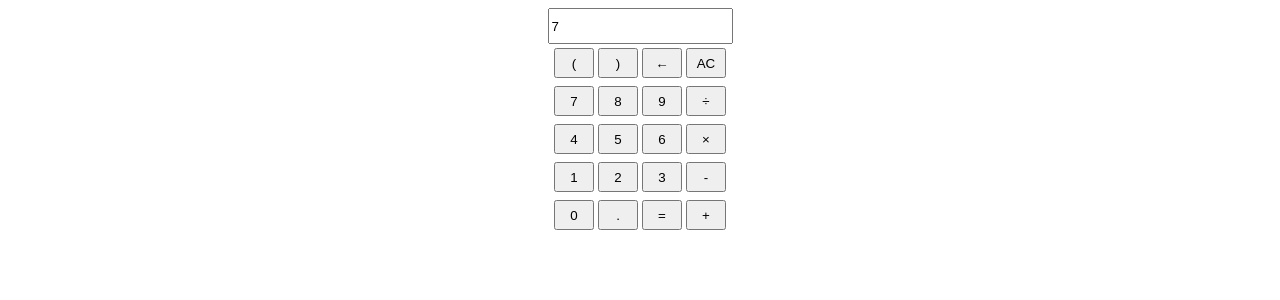
Repository: z1youRA/MyCalculator
Page: index.html
An editor plug-in stored every save of this project. The page is shown before and after the next save, followed by the edit.
The browser window is 1280 px wide. The pictures show the whole page.
Empty fields were first filled with sample values (such as "Sample", 5 or name@example.com).
After loading, the first visible `button.num` was clicked once.

Above is the page before, as saved 2021-12-19 14:26:35.

After the next save:
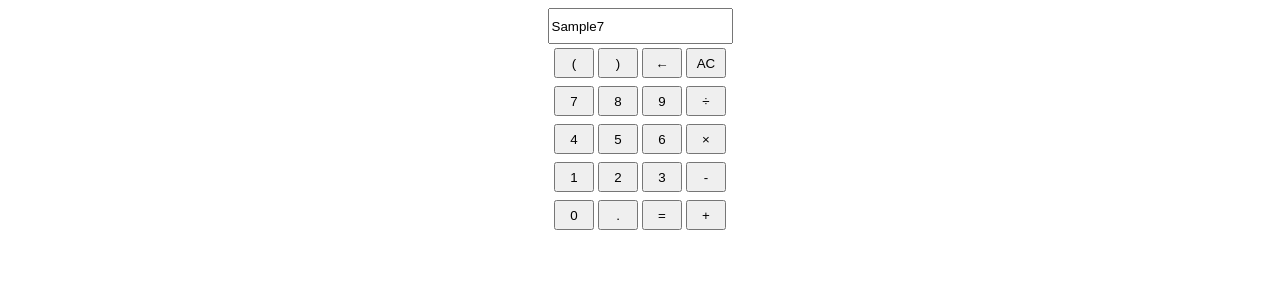
Saved 5 s later.
--- a/script.js
+++ b/script.js
@@ -31,7 +31,7 @@ function operate(operator, num1, num2) {
 
 function inputNum() {
     num1 = this.textContent;
-    input.value = num1;
+    input.value += num1;
 }
 
 let num1 = null;
